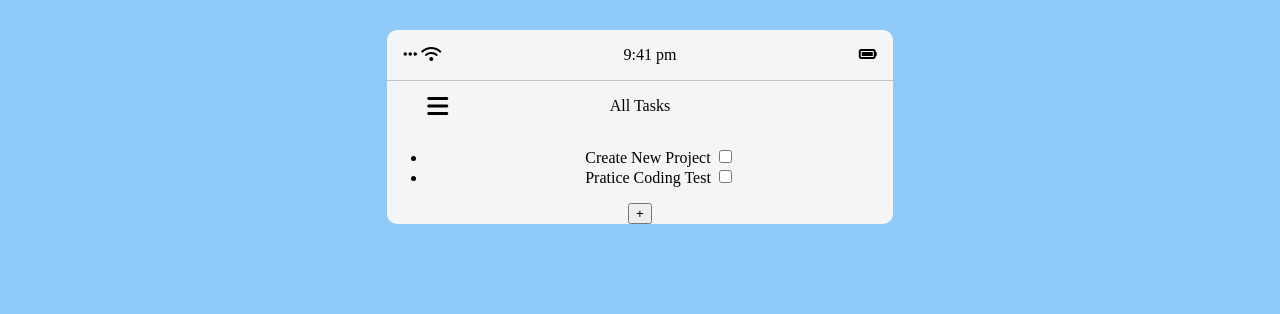
Repository: EEOOOO/javascript-projects
Page: todoListApp/index.html
These files come from the project's save history. The page is drawn as it stood at one moment and after a run of saves; the edit follows.
The browser window is 1280 px wide. The pictures show the whole page.
Some web libraries are served in a nearby version.

Above is the page before, as saved 2022-07-29 16:00:43.

### todoListApp/index.html
<!DOCTYPE html>
<html lang="en">
<head>
    <meta charset="UTF-8">
    <meta http-equiv="X-UA-Compatible" content="IE=edge">
    <meta name="viewport" content="width=device-width, initial-scale=1.0">
    <script defer src="https://kit.fontawesome.com/7419342558.js" crossorigin="anonymous"></script>
    <script defer src="todoList.js"></script>
    <link rel="stylesheet" href="style.css">
    <title>ToDoList</title>
</head>
<body>
    <section class="container">
        <section class="defaultIcons">
            <div class="left">
                <i class="fas fa-ellipsis"></i>
                <i class="fas fa-wifi"></i>
            </div>
            <span class="time">9:41 pm</span>
            <div class="right">
                <span class="batterySpan"></span>
                <i class="fas fa-battery-full"></i>
            </div>
        </section>
        <nav class="navbar">
            <i class="fas fa-bars"></i>
            <h1 class="title">All Tasks</h1>
        </nav>
        <section class="taskList">
            <ul class="tasks">
                <li class="task">
                    <span class="taskContent">Create New Project</span>
                    <input type="checkbox" class="taskChecker">
                </li>
                <li class="task">
                    <span class="taskContent">Pratice Coding Test</span>
                    <input type="checkbox" class="taskChecker">
                </li>
            </ul>
            <button class="addButton">+</button>
        </section>
    </section>
</body>
</html>

### todoListApp/style.css
:root {
  --color-blue: #90caf9;
  --color-white: #f5f5f5;
  --color-lightgray: #c2c2c2;
}
body {
  background-color: var(--color-blue);

  text-align: center;
}
.container {
  background-color: var(--color-white);
  margin: 30px auto;
  width: 40%;
  border-radius: 10px;
}
.defaultIcons {
  display: flex;
  justify-content: space-between;
  border-bottom: 1px solid var(--color-lightgray);
  padding: 1rem;
}
.navbar {
  display: flex;
  align-items: center;
}
.navbar i {
  width: 20%;
  font-size: 1.5rem;
  cursor: pointer;
}
.navbar i:hover {
  color: var(--color-blue);
}
.navbar .title {
  width: 40%;
  padding-left: 10%;
  font-weight: 300;
  font-size: 1rem;
}

Loaded but not shown: todoListApp/todoList.js (no stored copy; drawn as an empty file)

After the next 2 saves:
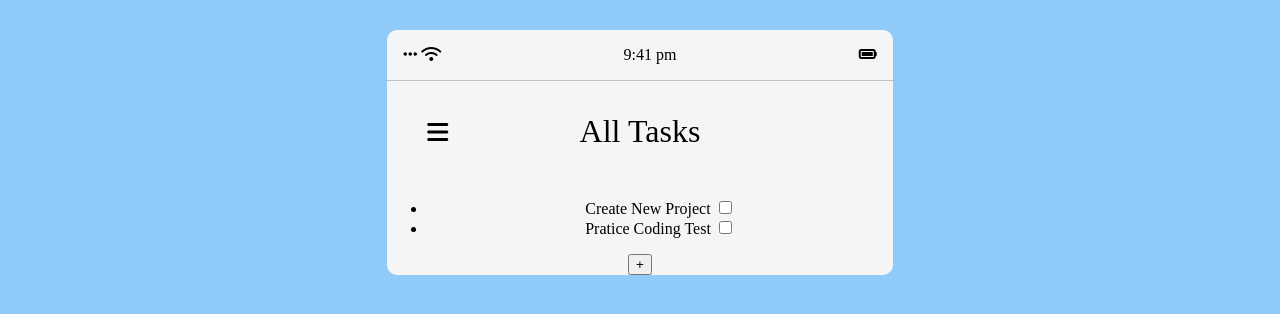
The 2 saves are shown as one change because they came seconds apart.
The last was saved 7 s later.
--- a/todoListApp/style.css
+++ b/todoListApp/style.css
@@ -36,5 +36,5 @@ body {
   width: 40%;
   padding-left: 10%;
   font-weight: 300;
-  font-size: 1rem;
+  font-size: 2rem;
 }
